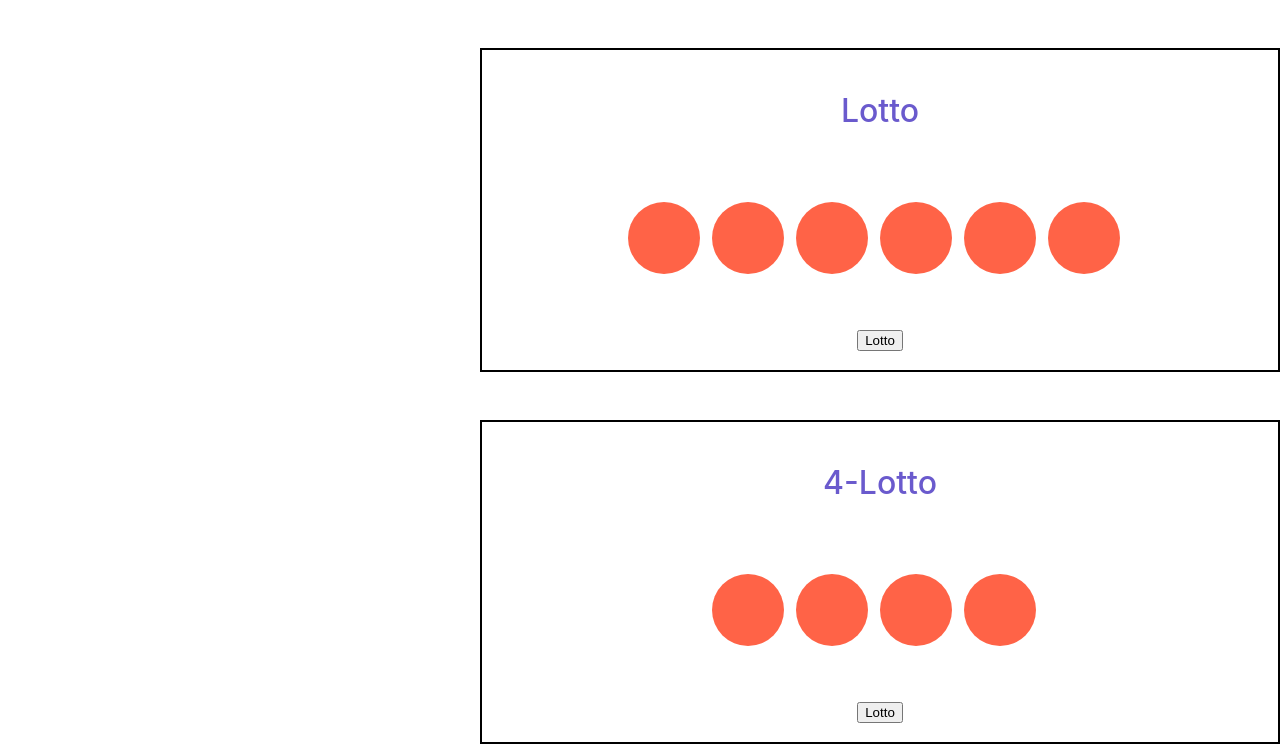
Repository: dung8466/learn-react
Page: / (app in lottery/)
An editor plug-in stored every save of this project. The page is shown before and after the next save, followed by the edit.
The browser window is 1280 px wide. The pictures show the whole page.
The project was rebuilt for these pictures with package versions that can differ from the ones it lists, and the page was loaded fresh each time.

Above is the page before, as saved 2022-09-18 21:06:42.

### lottery/src/App.js
import React, {Component} from 'react';
import './App.css';
import Lotto from './Lotto';
class App extends Component{
  render(){
    return (
      <div className="App">
        <Lotto />
        <Lotto title='4-Lotto' numBall={4} maxNum={10}/>
      </div>
    );
  }
}

export default App;

### lottery/src/Lotto.js
import React, {Component} from "react";
import './Lotto.css';
import LotteryBall from "./LotteryBall";

class Lotto extends Component{
    static defaultProps = {
        title : 'Lotto',
        numBall : 6,
        maxNum: 99
    }
    constructor(props){
        super(props);
        this.state = {nums : Array.from({length: this.props.numBall}) };
        this.generate = this.generate.bind(this);
    }
    generate(){
        this.setState(curSt => ({
            nums: curSt.nums.map(num => num = Math.floor(Math.random() * this.props.maxNum)),
        }))
    }
    render(){
        return(
            <div className="lotto">
                <h1>{this.props.title}</h1>
                <div className="ballDisplay">
                    {this.state.nums.map(b => (
                        <LotteryBall nums={b}/>
                    ))}
                </div>
                <button onClick={this.generate}>Lotto</button>
            </div>
        );
    }
}

export default Lotto;

### lottery/src/Lotto.css
.lotto{
    display: flex;
    flex-direction: column;
    justify-content: space-evenly;
    align-items: center;
    flex-wrap: wrap;
    gap: 2em;
    border: 2px solid black;
    max-width: 50em;
    height: 20em;
    margin-top: 3em;
    margin-left: 30em;
}

.lotto h1{
    font-size: 2em;
    font-weight: 500;
    color: slateblue;
}

### lottery/src/LotteryBall.js
import React, {Component} from "react";
import './LotteryBall.css';

class LotteryBall extends Component{
    render(){
        return(
            <div className="ball">{this.props.nums}</div>
        );
    }
}

export default LotteryBall;

### lottery/src/LotteryBall.css
.ball{
    display: inline-block;
    background-color: tomato;
    color: white;
    border-radius: 50%;
    width: 3em;
    height: 2.25em;
    text-align: center;
    padding-top: 0.75em;
    margin-right: 0.5em;
    font-weight: bold;
    font-size: 1.5em;
}

Loaded but not shown: lottery/public/index.html (common file); lottery/src/index.js (common file); lottery/src/index.css (common file); lottery/src/reportWebVitals.js (common file); lottery/src/App.css (common file)

After the next save:
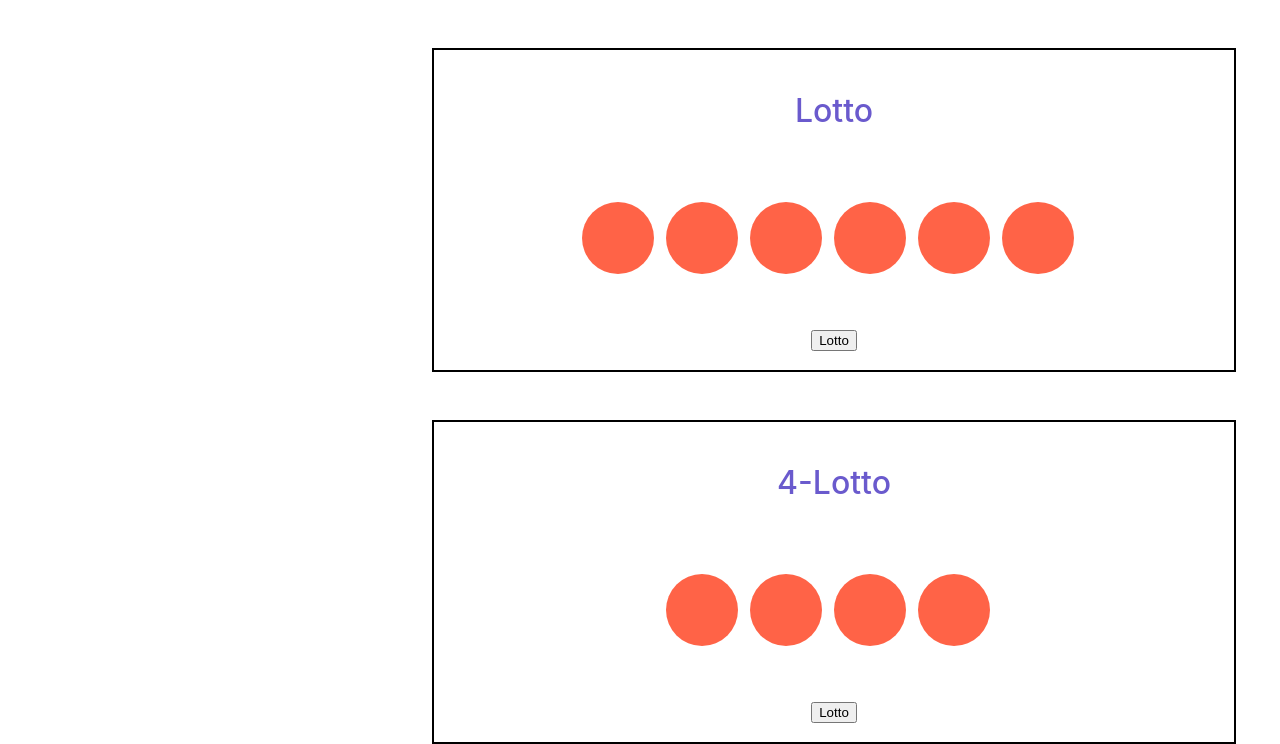
Saved 4 s later.
--- a/lottery/src/Lotto.css
+++ b/lottery/src/Lotto.css
@@ -9,7 +9,7 @@
     max-width: 50em;
     height: 20em;
     margin-top: 3em;
-    margin-left: 30em;
+    margin-left: 27em;
 }
 
 .lotto h1{
